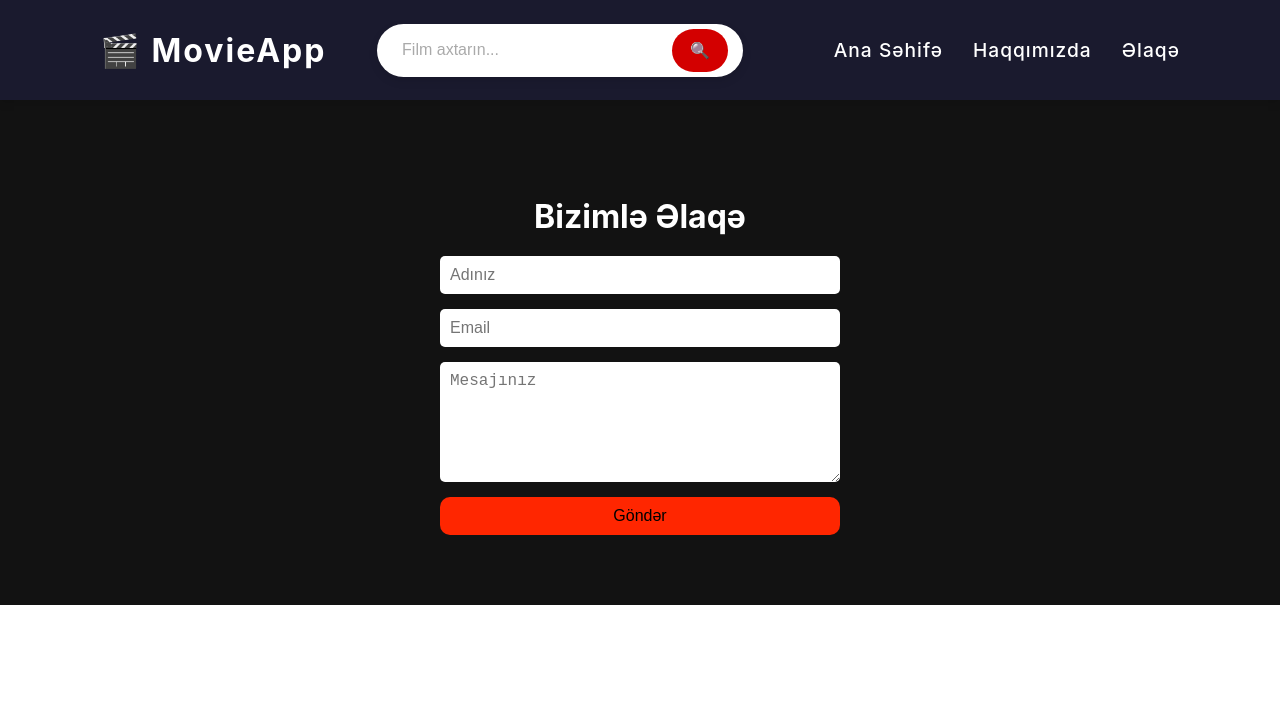
Repository: Zulfiyya077/InternIntelligence_MovieWebsite
Page: /contact
The author's editor kept a copy of each file at every save. The page is drawn from the files as they stood at one save, then again after the next save.
The browser window is 1280 px wide. The pictures show the whole page.
The project was rebuilt for these pictures with package versions that can differ from the ones it lists, and the page was loaded fresh each time. Also part of the build but not shown: vite.config.js, src/services/MovieService.jsx, src/components/MovieCard.module.css, src/components/MovieCard.jsx, src/pages/Home.module.css, src/pages/Home.jsx, src/pages/MovieDetailsPage.module.css, src/pages/MovieDetailsPage.jsx and 5 more.

Above is the page before, as saved 2025-02-24 02:10:59.

After the next save:
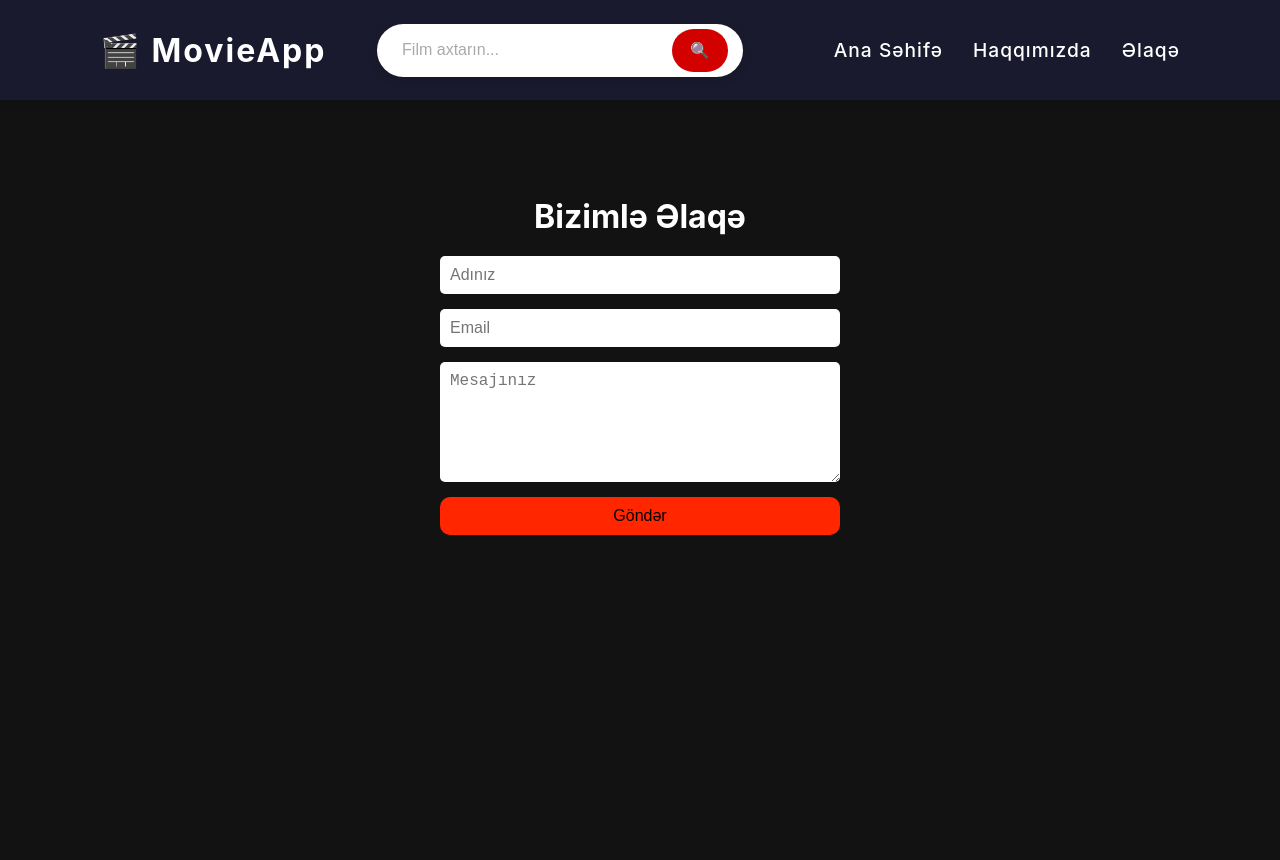
Saved 58 s later.
--- a/src/pages/Contact.module.css
+++ b/src/pages/Contact.module.css
@@ -3,7 +3,7 @@
     padding: 70px;
     color: white;
     background-color: #121212;
-    height: 100%;
+    height: calc(100vh - 100px);
 }
 
 .contact h2 {
